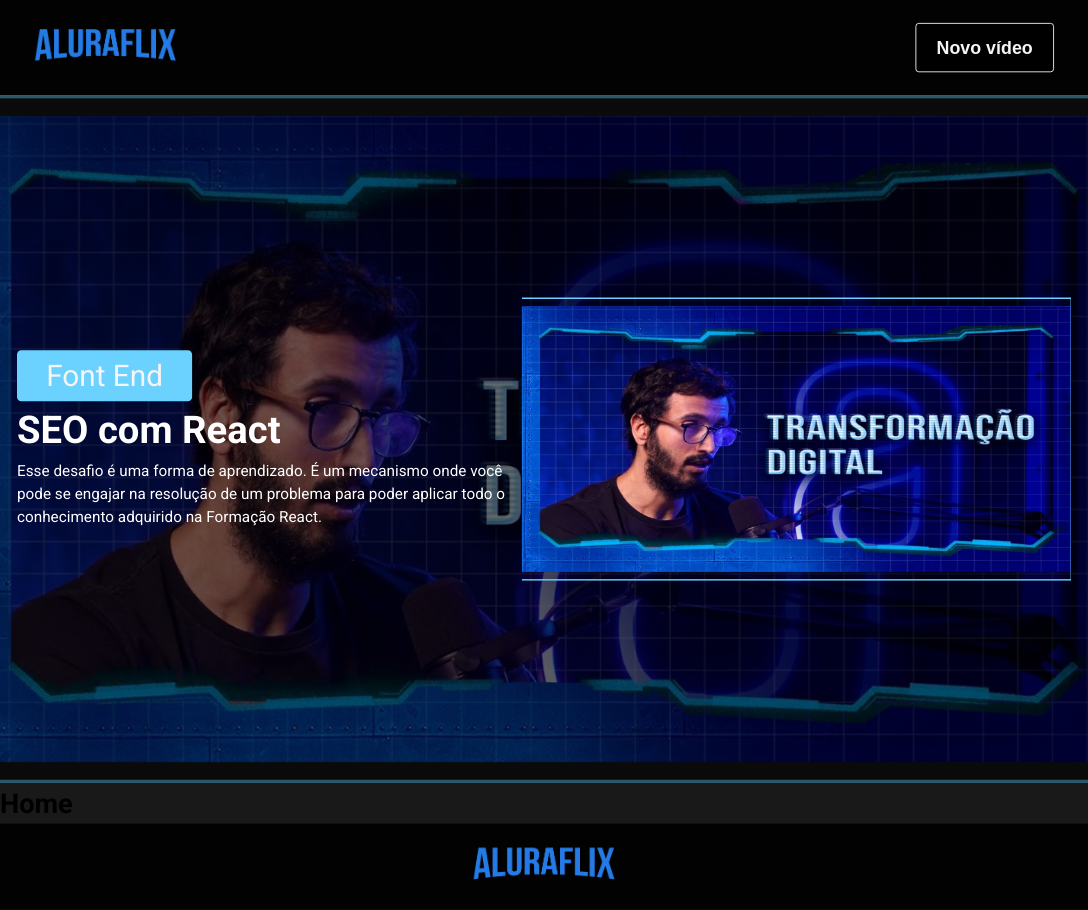
Repository: CarlosEduardoVdeOliveira/aluraflix
Page: /
These files come from the project's save history. The page is drawn as it stood at one moment and after a run of saves; the edit follows.
The browser window is 1280 px wide. The pictures show the whole page, at 85% of full size.
The project was rebuilt for these pictures with package versions that can differ from the ones it lists, and the page was loaded fresh each time. Also part of the build but not shown: vite.config.js, src/pages/RegisterVideo/index.jsx, src/pages/RegisterCategory/index.jsx, src/components/Card/Card.module.css.

Above is the page before, as saved 2023-09-20 13:55:47.

After the next 3 saves:
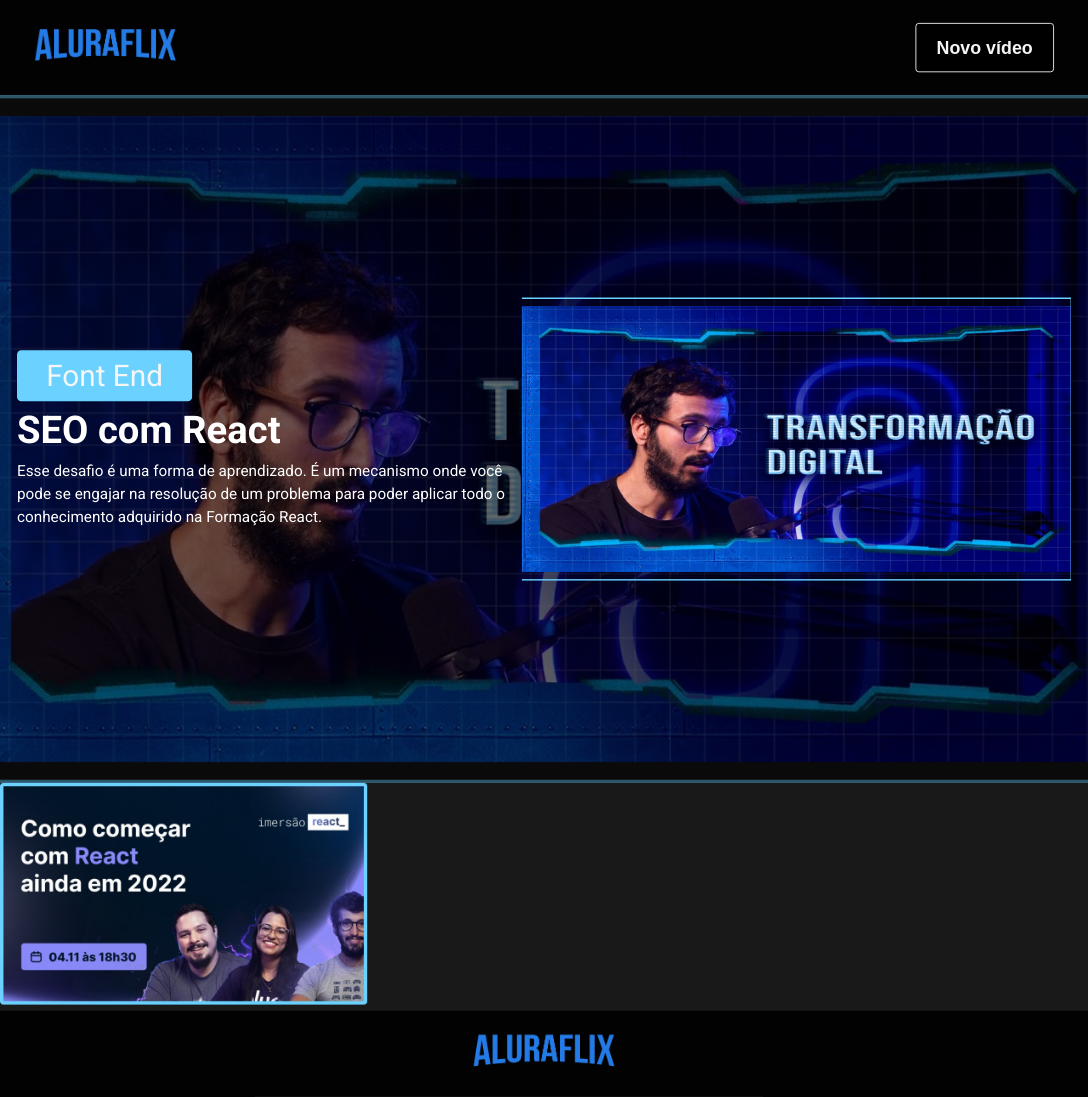
The 3 saves are shown as one change because 2 did not build or start.
The last was saved 2 min 38 s later.
--- a/src/pages/Home/Home.jsx
+++ b/src/pages/Home/Home.jsx
@@ -1,10 +1,9 @@
+import Card from "../../components/Card";
 
 function Home() {
 
   return (
-    <>
-      <h1>Home</h1>
-    </>
+      <Card />
   )
 }
 
--- a/src/components/Card/index.jsx
+++ b/src/components/Card/index.jsx
@@ -1,12 +1,12 @@
 import { Link } from 'react-router-dom'
 import styles from './Card.module.css'
-import {img} from '../../assets/image.png'
+import initReact from '../../assets/initReact.png'
 // eslint-disable-next-line react/prop-types
 export default function Card({border}) {
   return (
     <section className={styles.container}>
       <Link style={{border:border}}>
-        <img src={img} alt="teste" />
+        <img src={initReact} alt="teste" />
       </Link>
     </section>
   )
